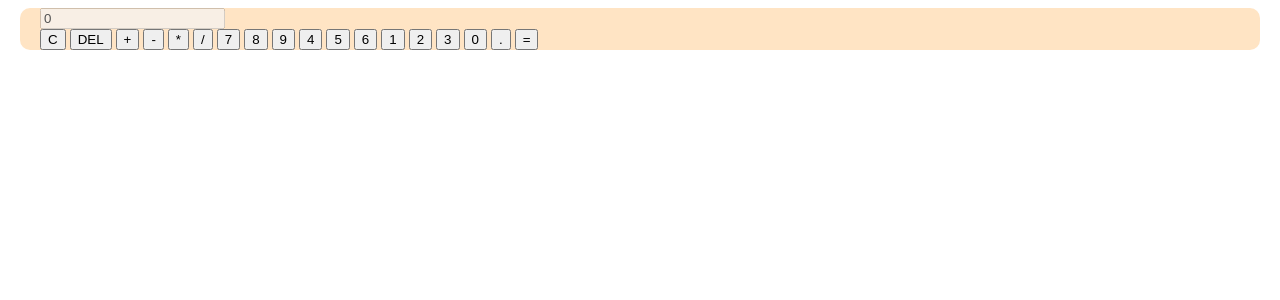
Repository: jaskeat/Calculator
Page: index.html
An editor plug-in stored every save of this project. The page is shown before and after the next save, followed by the edit.
The browser window is 1280 px wide. The pictures show the whole page.

Above is the page before, as saved 2024-09-05 09:05:31.

### index.html
<!DOCTYPE html>
<html lang="en">
	<head>
		<meta charset="UTF-8" />
		<meta name="viewport" content="width=device-width, initial-scale=1.0" />
		<title>Calculator</title>
		<link rel="stylesheet" href="style.css" />
	</head>
	<body>
		<div class="calculator">
			<div class="display">
				<input type="text" class="display-input" value="0" disabled />
			</div>
			<div class="buttons">
				<button class="btn" onclick="clearDisplay()">C</button>
				<button class="btn" onclick="deleteLast()">DEL</button>
				<button class="btn" onclick="append('+')">+</button>
				<button class="btn" onclick="append('-')">-</button>
				<button class="btn" onclick="append('*')">*</button>
				<button class="btn" onclick="append('/')">/</button>
				<button class="btn" onclick="append('7')">7</button>
				<button class="btn" onclick="append('8')">8</button>
				<button class="btn" onclick="append('9')">9</button>
				<button class="btn" onclick="append('4')">4</button>
				<button class="btn" onclick="append('5')">5</button>
				<button class="btn" onclick="append('6')">6</button>
				<button class="btn" onclick="append('1')">1</button>
				<button class="btn" onclick="append('2')">2</button>
				<button class="btn" onclick="append('3')">3</button>
				<button class="btn" onclick="append('0')">0</button>
				<button class="btn" onclick="append('.')">.</button>
				<button class="btn" onclick="calculate()">=</button>
			</div>
		</div>
		<script src="script.js"></script>
	</body>
</html>

### style.css
body {
	display: flex;
	justify-content: center;
	align-items: center;
}

.calculator {
	width: 100%;
	max-width: 1200px;
	margin: 0 auto;
	padding: 0 20px;
	background-color: bisque;
	border-radius: 10px;
}

btn {
	border-radius: 5px;
}

Loaded but not shown: script.js (no copy from this time; the picture is the same without it)

After the next save:
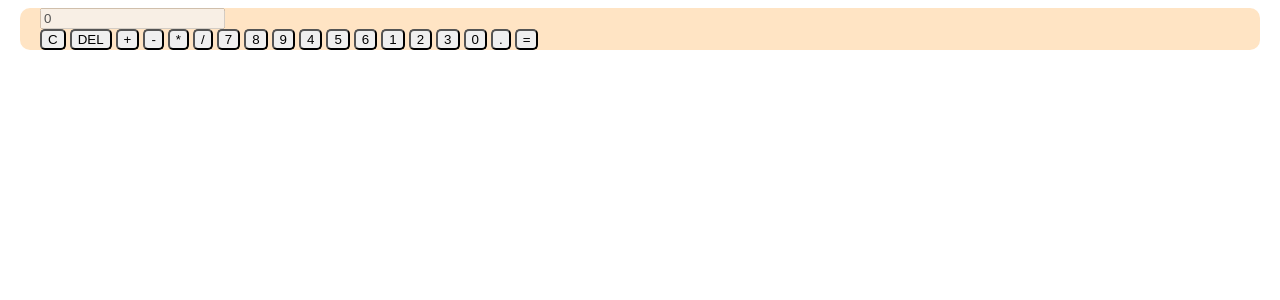
Saved 12 s later.
--- a/style.css
+++ b/style.css
@@ -13,6 +13,6 @@ body {
 	border-radius: 10px;
 }
 
-btn {
+.btn {
 	border-radius: 5px;
 }
